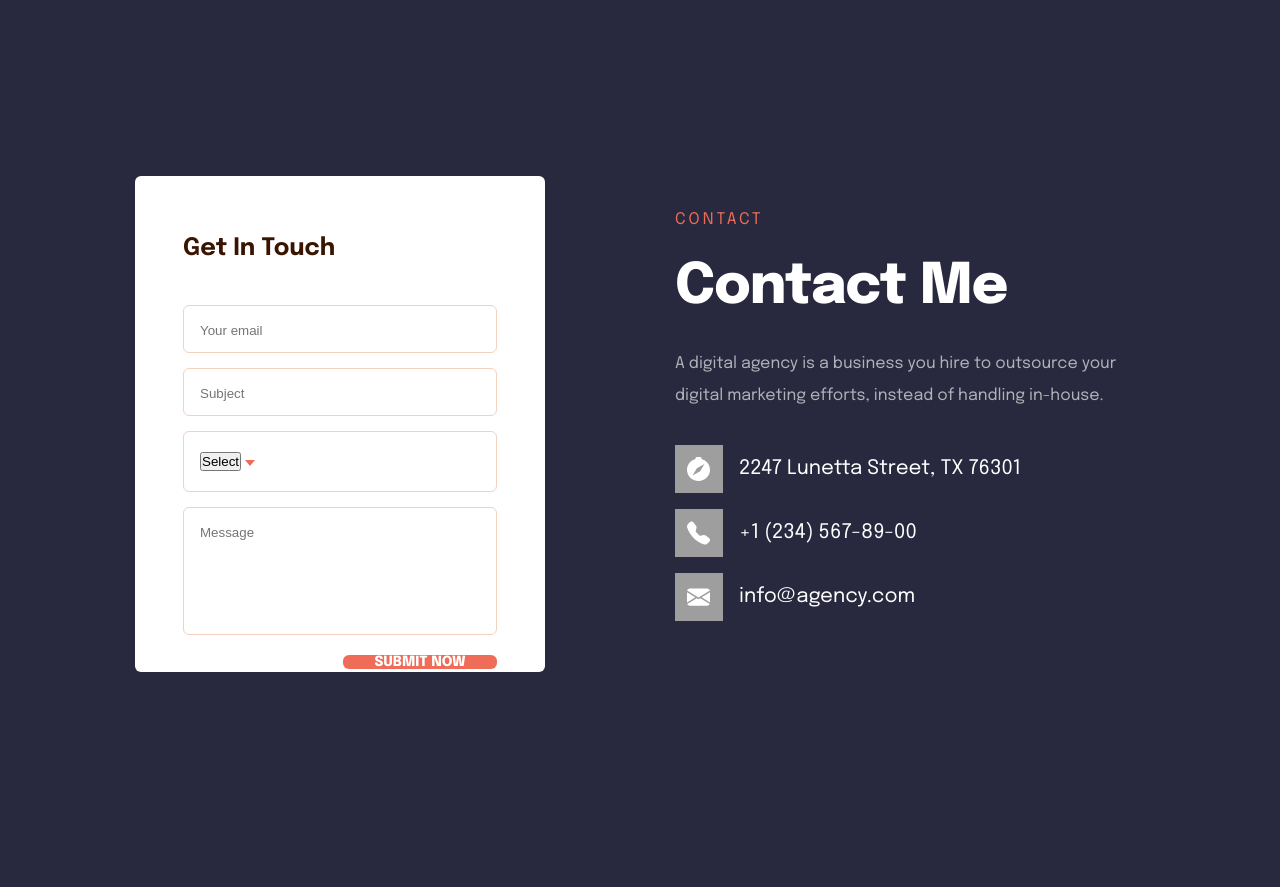
Repository: NatiqSamiyev/form-task-2
Page: index.html
These files come from the project's save history. The page is drawn as it stood at one moment and after the next save; the edit follows.
The browser window is 1280 px wide. The pictures show the whole page.
Pictures or frames that could not be fetched are drawn as grey boxes. Some web fonts or font styles are not loaded; a fallback is used.

Above is the page before, as saved 2023-10-26 11:41:27.

### index.html
<!DOCTYPE html>
<html lang="en">
  <head>
    <meta charset="UTF-8" />
    <meta name="viewport" content="width=device-width, initial-scale=1.0" />
    <title>Document</title>
    <link rel="stylesheet" href="index.css" />
  </head>
  <body>
    <div class="contact-container">
      <form action="">
        <h1>Get In Touch</h1>
        <label for="">
          <input type="email" placeholder="Your email" class="email-input" />
        </label>

        <label for="">
          <input type="text" placeholder="Subject" class="subject-input" />
        </label>
        <div class="select-box">
          <button>Select</button>
          <svg xmlns="http://www.w3.org/2000/svg" width="10" height="6" viewBox="0 0 10 6" fill="none">
            <path d="M5 6L10 0H0L5 6Z" fill="#EF6D58"/>
          </svg>
        </div>
       <!-- <select name="" id="">

        <option value="">Option 1</option>
        <option value="">Option 2</option>

       </select> -->
        <label for="">
          <input
            class="text-message"
            placeholder="Message"
            class="message-input"
          />
        </label>

        <button class="submit-btn">Submit Now</button>
      </form>

      <div class="info-box">
        <div class="text-box">
          <h2>Contact</h2>
          <h3>Contact Me</h3>
          <p>
            A digital agency is a business you hire to outsource your digital
            marketing efforts, instead of handling in-house.
          </p>
        </div>

        <ul>
          <li>
            <img class="image-1" src="./image/Oval.svg" alt="" />
            <img class="image-2" src="./image/Shape.svg" alt="" />
            <p>2247 Lunetta Street, TX 76301</p>
          </li>

          <li>
            <img class="image-1" src="./image/Oval.svg" alt="" />
            <img class="image-2" src="./image/Path.svg" alt="" />
            <p>+1 (234) 567-89-00</p>
          </li>

          <li>
            <img class="image-1" src="./image/Oval.svg" alt="" />
            <img class="image-2" src="./image/Shape (1).svg" alt="" />
            <p>info@agency.com</p>
          </li>
        </ul>
      </div>
    </div>
  </body>
  <script src="/index.js"></script>
</html>

### index.css
@import url("https://fonts.googleapis.com/css2?family=Epilogue:wght@400;600;700;800&family=Inter:wght@400;500;600;700&family=Laila:wght@700&family=Open+Sans:wght@400;600;700;800&family=Roboto+Slab:wght@700&family=Roboto:wght@400;700&display=swap");

* {
  margin: 0;
  padding: 0;
  box-sizing: border-box;
}

.contact-container {
  width: 100%;
  min-height: 100vh;
  padding: 176px 135px 208px 135px;
  background: #28293e;
  display: flex;
  justify-content: space-between;
}

form {
  width: 570px;
  height: 496px;
  padding: 57px 48px 48px 48px;
  border-radius: 6px;
  background: #fff;
  display: flex;
  flex-direction: column;
  gap: 15px;
}

form h1 {
  margin-bottom: 25px;
  color: var(--Text_Dark, #391400);
  font-feature-settings: "clig" off, "liga" off;
  font-family: Epilogue;
  font-size: 24px;
  font-style: normal;
  font-weight: 700;
  line-height: 32px;
}

label {
  width: 100%;
}

input {
  width: 100%;
  height: 48px;
  padding: 9px 15px 7px 16px;
  border-radius: 6px;
  border: 1px solid #f3d1bf;
  background: #fff;
}

.text-message {
  height: 128px;
  padding: 9px 16px 87px 16px;
  margin-bottom: 5px;
}

form .submit-btn {
  width: 154px;
  margin-left: auto;
  height: 248px;
  border-radius: 6px;
  background: #ef6d58;
  border: none;
  color: #fff;
  text-align: center;
  font-family: Epilogue;
  font-size: 14px;
  font-style: normal;
  font-weight: 900;
  line-height: normal;
  text-transform: uppercase;
}

.info-box {
  margin-left: 130px;
  padding: 28px 0 58px 0;
}

.text-box {
  width: 470px;
  margin-bottom: 33px;
}

h2 {
  margin-bottom: 20px;
  color: var(--Text_Light_Accent, #ef6d58);
  font-feature-settings: "clig" off, "liga" off;
  font-family: Epilogue;
  font-size: 16px;
  font-style: normal;
  font-weight: 400;
  line-height: 32px;
  letter-spacing: 3px;
  text-transform: uppercase;
}

h3 {
  margin-bottom: 28px;
  color: var(--Text_Light, #fff);
  font-feature-settings: "clig" off, "liga" off;
  font-family: Epilogue;
  font-size: 56px;
  font-style: normal;
  font-weight: 800;
  line-height: 64px;
  letter-spacing: -1px;
}

.text-box p {
  color: var(--Text_Light_Gray, rgba(255, 255, 255, 0.64));
  font-feature-settings: "clig" off, "liga" off;
  font-family: Epilogue;
  font-size: 16px;
  font-style: normal;
  font-weight: 400;
  line-height: 32px;
}

ul li {
  list-style-type: none;
  display: flex;
  align-items: center;
}

.image-1 {
  width: 48px;
  height: 48px;
  fill: #ef6d58;
  position: relative;
}

.image-2 {
  width: 23px;
  height: 24px;
  fill: #fff;
  position: absolute;
  margin-left: 12px;
  /* margin-bottom: 0px; */
}

ul li p {
  margin-left: 16px;
  color: var(--Text_Light, #fff);
  font-feature-settings: "clig" off, "liga" off;
  font-family: Epilogue;
  font-size: 20px;
  font-style: normal;
  font-weight: 400;
  line-height: 32px;
}

ul li:nth-child(2) {
  margin-top: 16px;
}

ul li:last-child {
  margin-top: 16px;
}

.select-box{
  padding: 20px 16px;
  border-radius: 6px;
border: 1px solid #F3D1BF;

background: #FFF;
}

### index.js
let btn = document.querySelector("button");
let form = document.querySelector("form");
let emailInput = document.querySelector(".email-input");
let subjectInput = document.querySelector(".subject-input");
let messageInput = document.querySelector(".message-input");

// btn.addEventListener("click", submitForm);
form.addEventListener("submit", submitForm);
function submitForm(a) {
  a.preventDefault();
  console.log(subjectInput.value, emailInput.value);
}

// emailInput.addEventListener("");

After the next save:
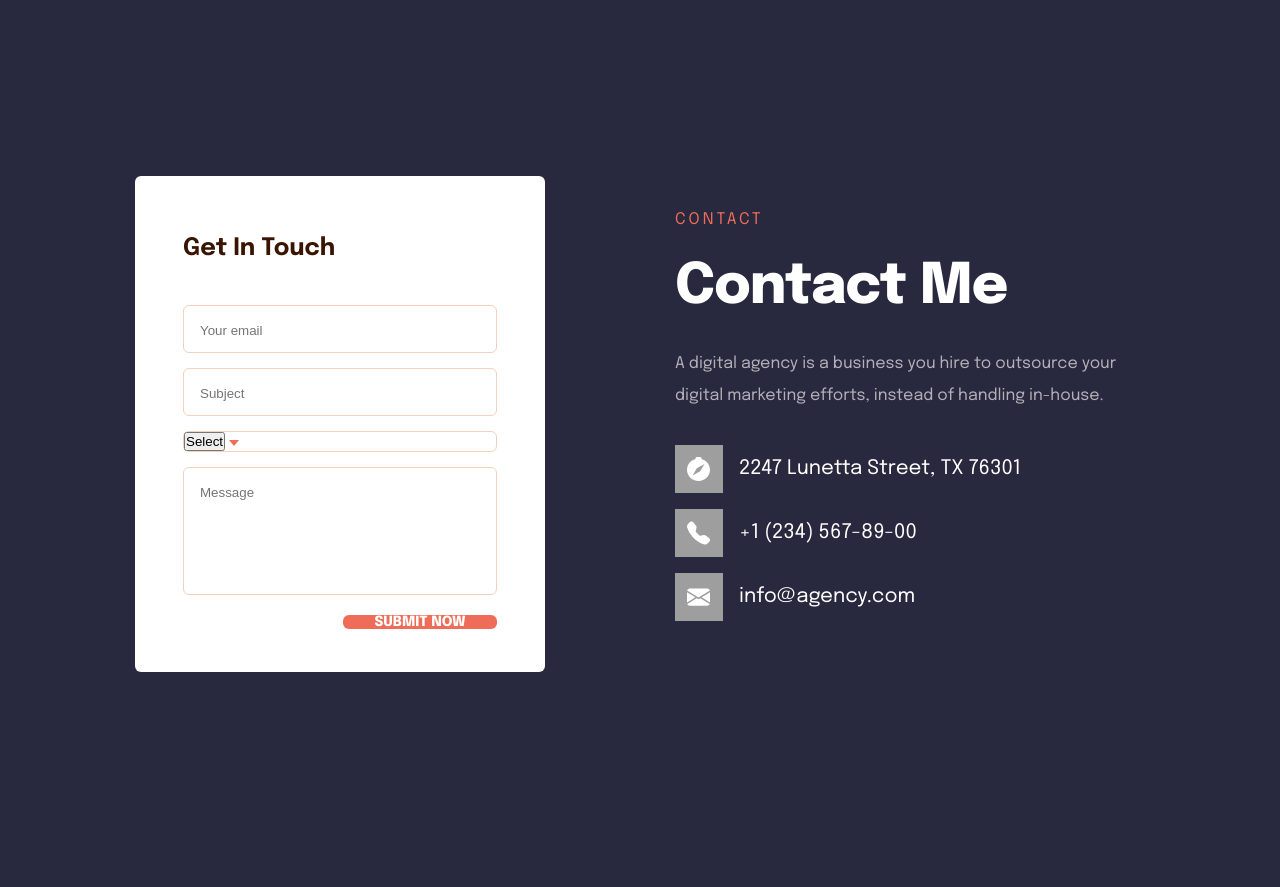
Saved 58 s later.
--- a/index.css
+++ b/index.css
@@ -160,7 +160,7 @@ ul li:last-child {
 }
 
 .select-box{
-  padding: 20px 16px;
+  /* padding: 20px 16px; */
   border-radius: 6px;
 border: 1px solid #F3D1BF;
 
